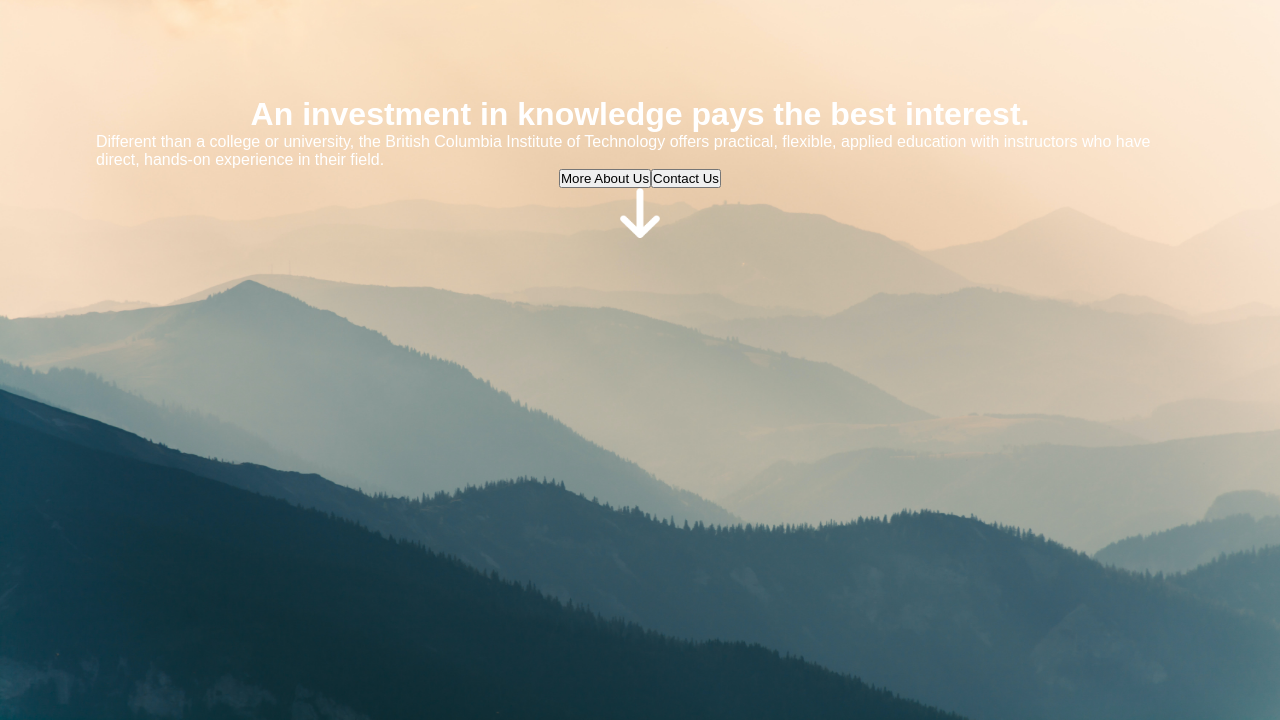
Repository: jennydmcm/assignment-1-playwright-site-A01338943
Page: /
An editor plug-in stored every save of this project. The page is shown before and after the next save, followed by the edit.
The browser window is 1280 px wide. The pictures show the whole page.
The project was rebuilt for these pictures with package versions that can differ from the ones it lists, and the page was loaded fresh each time. The framework's server and built-in components were replaced by stand-ins that run in the browser. Also part of the build but not shown: next.config.js.

Above is the page before, as saved 2023-02-08 09:46:18.

After the next save:
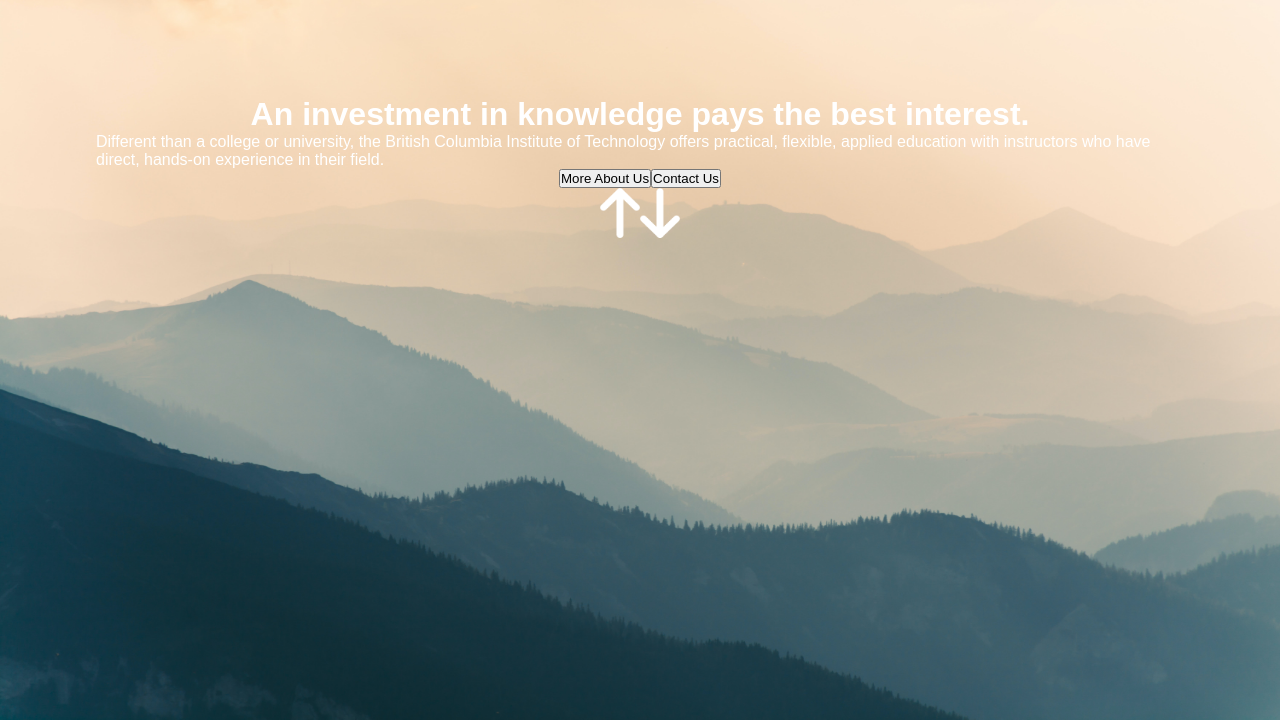
Saved 72 s later.
--- a/pages/index.js
+++ b/pages/index.js
@@ -1,53 +1,76 @@
-  import Head from 'next/head'
-  import Image from 'next/image'
-  import { Inter } from '@next/font/google'
-  import styles from '@/styles/home.module.css'
-  import Link from 'next/link'
-  import { useRouter } from 'next/router'
-  import Bg from 'public/background-images/backgroundMountain.jpg'
-  import downArrow from 'public/icons/downwardArrow.png'
-  import upArrow from 'public/icons/upwardArrow.png'
+import Head from "next/head";
+import Image from "next/image";
+import { Inter } from "@next/font/google";
+import styles from "@/styles/home.module.css";
+import Link from "next/link";
+import { useRouter } from "next/router";
+import Bg from "public/background-images/backgroundMountain.jpg";
+import downArrow from "public/icons/downwardArrow.png";
+import upArrow from "public/icons/upwardArrow.png";
 
+const inter = Inter({ subsets: ["latin"] });
 
-  const inter = Inter({ subsets: ['latin'] })
+export default function Home() {
+  const router = useRouter();
+  return (
+    <>
+      <Head>
+        <title>{"Home"}</title>
+        <meta name="description" content="Generated by create next app" />
+        <meta name="viewport" content="width=device-width, initial-scale=1" />
+        <meta name="author" content={"MDIA 2109"} />
+        <meta property="og:title" content={"Assignment #1 - Home Page"} />
+        <meta
+          property="og:description"
+          content={"BCIT Digital Design and Development Diploma"}
+        />
+        <link rel="icon" href="/favicon.png" />
+      </Head>
+      <Image
+        src={Bg}
+        fill
+        style={{
+          zIndex: -1,
+        }}
+      />
+      <main className={styles.main}>
+        <h1 className={styles.header}>
+          {"An investment in knowledge pays the best interest."}
+        </h1>
+        <p className={styles.subhead}>
+          {
+            "Different than a college or university, the British Columbia Institute of Technology offers practical, flexible, applied education with instructors who have direct, hands-on experience in their field."
+          }
+        </p>
 
-  export default function Home() {
-    const router = useRouter()
-    return (
-      <>
-        <Head>
-          <title>{'Home'}</title>
-          <meta name="description" content="Generated by create next app" />
-          <meta name="viewport" content="width=device-width, initial-scale=1" />
-          <meta name="author" content={'MDIA 2109'} />
-          <meta property='og:title' content={'Assignment #1 - Home Page'} />
-          <meta property='og:description' content={'BCIT Digital Design and Development Diploma'} />
-          <link rel="icon" href="/favicon.png" />
-        </Head>
-        <Image src={Bg} fill
-          style={{
-            zIndex: -1
-          }}
-        />
-        <main className={styles.main}>
-          <h1 className={styles.header}>{'An investment in knowledge pays the best interest.'}</h1>
-          <p className={styles.subhead}>{'Different than a college or university, the British Columbia Institute of Technology offers practical, flexible, applied education with instructors who have direct, hands-on experience in their field.'}</p>
+        <a>
+          <button
+            className={styles.aboutbtn}
+            type="button"
+            onClick={() => router.push("/about")}
+          >
+            More About Us
+          </button>
+          <button
+            className={styles.contactbtn}
+            type="button"
+            onClick={() => router.push("/contact")}
+          >
+            Contact Us
+          </button>
+        </a>
 
-          <a>
-          <button className={styles.aboutbtn} type='button' onClick={() => router.push('/about')}>More About Us</button>
-          <button className={styles.contactbtn}type='button' onClick={() => router.push('/contact')}>Contact Us</button>
-          </a>
-
-          <a>
-            <span>
+        <a>
+          <span>
             <a className={styles.downArrow} href="/about">
-            <span>
-              <Image src={downArrow} width={40} height={50} />
-            </span>
-          </a>
-            </span>
-          </a>
-        </main>
-      </>
-    )
-  }
+              <span>
+                <Image src={upArrow} width={40} height={50} />
+                <Image src={downArrow} width={40} height={50} />
+              </span>
+            </a>
+          </span>
+        </a>
+      </main>
+    </>
+  );
+}
